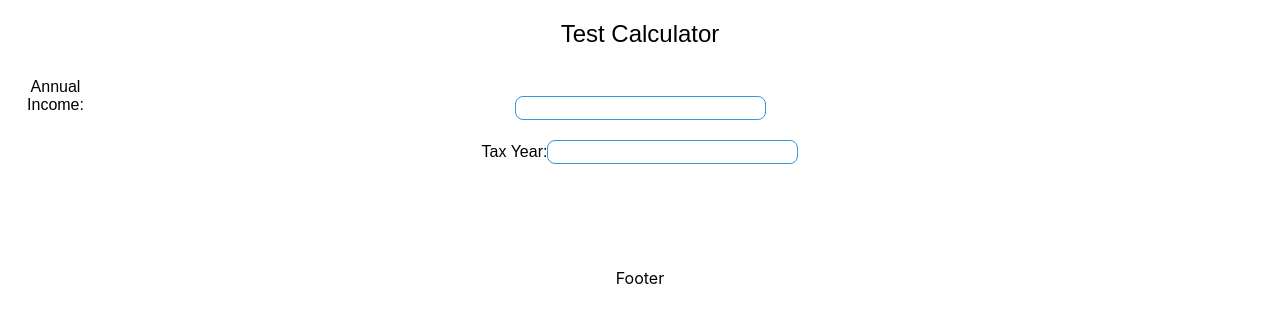
Repository: jbpadilha/taxcalculator
Page: /
These files come from the project's save history. The page is drawn as it stood at one moment and after the next save; the edit follows.
The browser window is 1280 px wide. The pictures show the whole page.
The project was rebuilt for these pictures with package versions that can differ from the ones it lists, and the page was loaded fresh each time.

Above is the page before, as saved 2023-06-16 21:09:15.

After the next save:
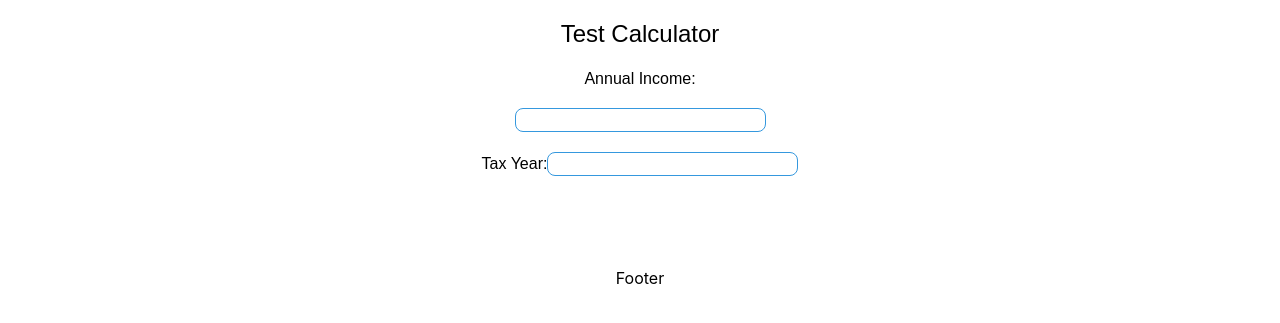
Saved 18 s later.
--- a/src/components/Main.tsx
+++ b/src/components/Main.tsx
@@ -49,10 +49,10 @@ const Main = () => {
             <div style={styles.title}>Test Calculator</div>
             <div style={styles.content}>
                 <div style={styles.contentInput}>
-                    <div style={styles.titleInput}>
+                    <div>
                         <label htmlFor='income' style={styles.titleInput}>Annual Income:</label>
                     </div>
-                    <div>
+                    <div style={styles.contentInput}>
                         <input style={styles.input} type="text" id="income" name="income" />
                     </div>
                 </div>
